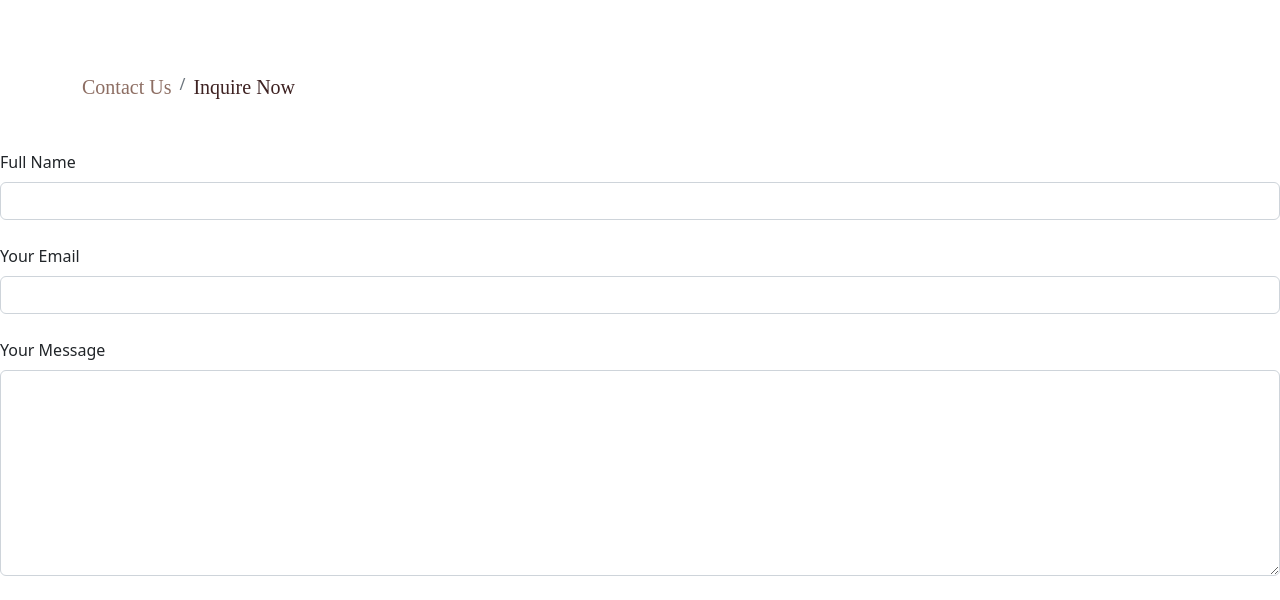
Repository: kaushalyaweerakoon/Plantation-Villa
Page: contact-us.html
These files come from the project's save history. The page is drawn as it stood at one moment and after the next save; the edit follows.
The browser window is 1280 px wide. The pictures show the part of the page from y = 1313 to 1913 px (the page is 1913 px tall before and 1905 px after).
Some web fonts or font styles are not loaded; a fallback is used.

Above is the page before, as saved 2022-08-15 14:59:05.
Not found: assets/js/main.js

After the next save:
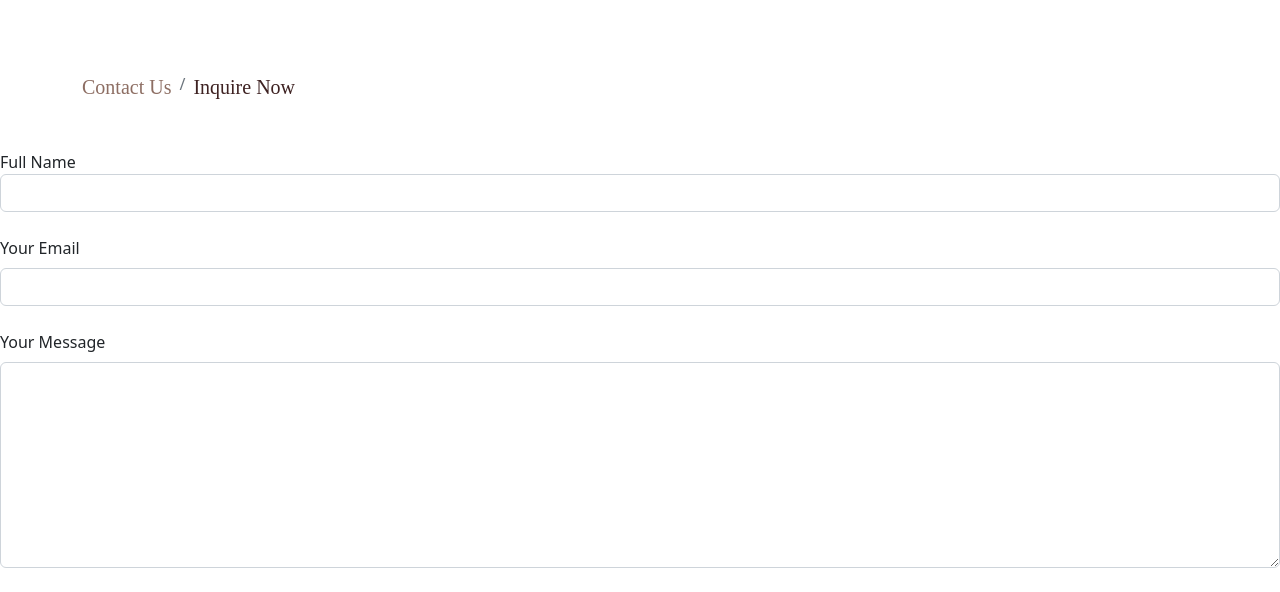
Saved 21 s later.
--- a/contact-us.html
+++ b/contact-us.html
@@ -120,7 +120,7 @@
         <form>
             <div class="">
                 <div class="col mb-4">
-                    <label for="fullname" class="form-label">Full Name</label>
+                    <label for="fullname" class="">Full Name</label>
                     <input type="text" class="form-control" id="fullname" aria-describedby="emailHelp">
                 </div>
 
